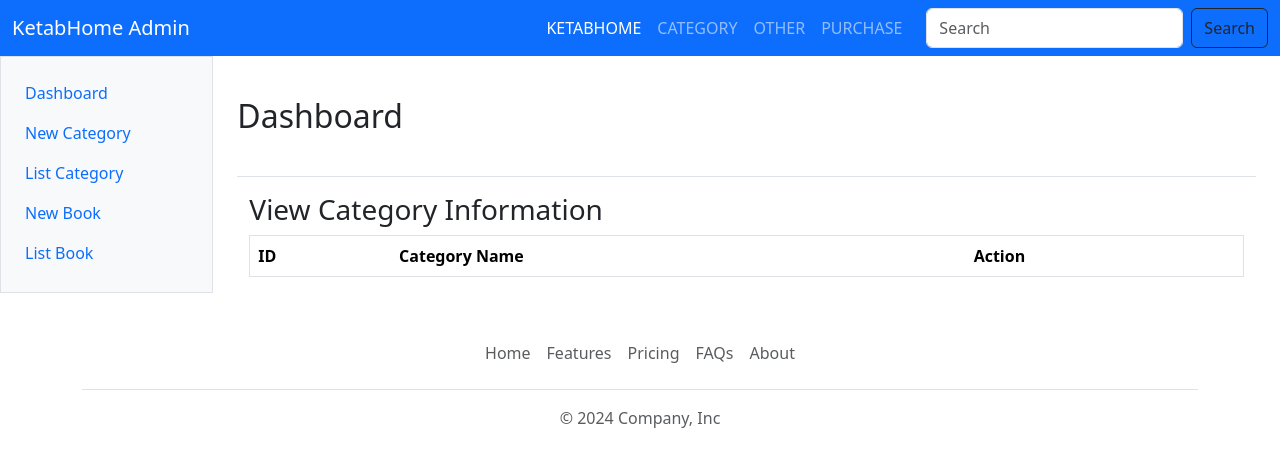
Repository: nyeinsu4520/coursera-test
Page: http://localhost/view_Categories
These files come from the project's save history. The page is drawn as it stood at one moment and after the next save; the edit follows.
The browser window is 1280 px wide. The pictures show the whole page.
Some web fonts or font styles are not loaded; a fallback is used. The page is this project's Thymeleaf template; nobody is signed in. The template is opened directly, without the code that normally fills it, so the values that code supplies are empty.

Above is the page before, as saved 2024-05-30 17:30:27.

### KetabHome/src/main/resources/templates/view_Categories.html
<!DOCTYPE html>
<html xmlns="www.thumeleaf.org">
<head>
<meta charset="ISO-8859-1">
<title>Category Page</title>
<link rel="stylesheet"  href="/bootstrap/css/bootstrap.min.css">
<script src="/bootstrap/js/bootstrap.bundle.js" type="text/javascript"> </script>

<style>
.navbar-purple {
    background-color: purple;
}

.navbar-purple .nav-link {
    color: white !important;
}
</style>

</head>
<body>

<div th:replace="fragment/header"></div>

	<div class="container-fluid">
    <div class="row">
        <div class="sidebar border border-right col-md-3 col-lg-2 p-0 bg-body-tertiary">
            <div class="offcanvas-md offcanvas-end bg-body-tertiary" tabindex="-1" id="sidebarMenu" aria-labelledby="sidebarMenuLabel">
                <div class="offcanvas-header">
                    <h5 class="offcanvas-title" id="sidebarMenuLabel">KetabHome Admin</h5>
                    <button type="button" class="btn-close" data-bs-dismiss="offcanvas" aria-label="Close"></button>
                </div>
                <div class="offcanvas-body d-md-flex flex-column p-0 pt-lg-3 overflow-y-auto">
                    <ul class="nav flex-column">
                        <li class="nav-item">
                            <a class="nav-link d-flex align-items-center gap-2 active" aria-current="page" href="#">
                            <i class="fa-solid fa-gauge"></i>
                                Dashboard
                            </a>
                        </li>
                        <li class="nav-item">
                            <a class="nav-link d-flex align-items-center gap-2" href="#">
                            <i class="fa-solid fa-plus"></i>
                                New Category
                            </a>
                        </li>
                        <li class="nav-item">
                            <a class="nav-link d-flex align-items-center gap-2" href="#">
                            <i class="fa-solid fa-table-list"></i>
                                List Category
                            </a>
                        </li>
                        <li class="nav-item">
                            <a class="nav-link d-flex align-items-center gap-2" href="#">
                            <i class="fa-solid fa-plus"></i>
                                New Book
                            </a>
                        </li>
                        <li class="nav-item">
                            <a class="nav-link d-flex align-items-center gap-2" href="#">
                            <i class="fa-solid fa-table-list"></i>
                                List Book
                            </a>
                        </li>
                    </ul>
                </div>
            </div>
        </div>


        <main class="col-md-9 ms-sm-auto col-lg-10 px-md-4">
      <div class="d-flex justify-content-between flex-wrap flex-md-nowrap align-items-center pt-3 pb-2 mb-3 border-bottom">
        <h1 class="h2">Dashboard</h1>
        <div class="btn-toolbar mb-2 mb-md-0">
          <div class="album py-5 bg-body-tertiary">
          </div>
           </div>
           </div>
    <div class="container">
      <div class="row ">
      <h3>View Category Information</h3>

    </div>



	<table class="table border-1 " border="1">
		<tr>
		<th>ID</th>
		<th>Category Name</th>
		<th>Action</th>
		</tr>
		<tr th:each="category:${categoryList}">

			<td th:text="${category.id}"></td>
			<td th:text="${category.name}"></td>
			<td><a th:href="@{/category/edit/{id} (id=${category.id})}">Edit</a>
			<a th:href="@{/category/delete/{id} (id=${category.id})}"> | Delete</a>
			</td>
		</tr>
	</table>

	<!-- <form th:action="@{/category/add}" method="get">
	<input type="submit" value="Add Category">
	</form> -->

	</div>



      </main>

       </div>
    </div>











	<div th:replace="fragment/footer"></div>
</body>
</html>

### KetabHome/src/main/resources/templates/fragment/header.html
<!DOCTYPE html>
<html xmlns="www.thymeleaf.org">
<head>
<meta charset="ISO-8859-1">
<title>Insert title here</title>

<link rel="stylesheet" href="/bootstrap/css/bootstrap.min.css">
<script type="text/javascript" src="../static/bootstrap/js/bootstrap.bundle.min.js"></script>

</head>
<body>
	<nav class="navbar navbar-expand-lg navbar-dark bg-primary" aria-label="Offcanvas navbar large">
    <div class="container-fluid">
      <a class="navbar-brand" href="#">KetabHome Admin</a>
      <button class="navbar-toggler" type="button" data-bs-toggle="offcanvas" data-bs-target="#offcanvasNavbar2" aria-controls="offcanvasNavbar2" aria-label="Toggle navigation">
        <span class="navbar-toggler-icon"></span>
      </button>
      <div class="offcanvas offcanvas-end text-bg-dark" tabindex="-1" id="offcanvasNavbar2" aria-labelledby="offcanvasNavbar2Label">

        <div class="offcanvas-body">
          <ul class="navbar-nav justify-content-end flex-grow-1 pe-3">
            <li class="nav-item">
              <a class="nav-link active" aria-current="page" href="#">KETABHOME</a>
            </li>
            <li class="nav-item">
              <a class="nav-link" href="#">CATEGORY</a>
            </li>
            <li class="nav-item">
              <a class="nav-link " aria-current="page" href="#">OTHER</a>
            </li>
            <li class="nav-item">
              <a class="nav-link" href="#">PURCHASE</a>
            </li>

          </ul>
          <form class="d-flex mt-3 mt-lg-0" role="search">
            <input class="form-control me-2" type="search" placeholder="Search" aria-label="Search">
            <button class="btn btn-outline-dark" type="submit">Search</button>
          </form>
        </div>
      </div>
    </div>
  </nav>
</body>
</html>

### KetabHome/src/main/resources/templates/fragment/footer.html
<!DOCTYPE html>
<html>
<head>
<meta charset="ISO-8859-1">
<title>Insert title here</title>

<link rel="stylesheet" href="/bootstrap/css/bootstrap.min.css">
<script type="text/javascript" src="../static/bootstrap/js/bootstrap.bundle.min.js"></script>
<link rel="preconnect" href="https://fonts.googleapis.com">
<link rel="preconnect" href="https://fonts.gstatic.com" crossorigin>
<link href="https://fonts.googleapis.com/css2?family=Jersey+20&family=Jersey+25&family=Josefin+Sans:ital,wght@0,100..700;1,100..700&family=Noto+Sans+Myanmar:wght@100;200;300;400;500;600;700;800;900&family=Nunito+Sans:ital,opsz,wght@0,6..12,200..1000;1,6..12,200..1000&family=Padauk:wght@400;700&family=Platypi:ital,wght@0,300..800;1,300..800&family=Poppins:ital,wght@0,100;0,200;0,300;0,400;0,500;0,600;0,700;0,800;0,900;1,100;1,200;1,300;1,400;1,500;1,600;1,700;1,800;1,900&family=Roboto:ital,wght@0,100;0,300;0,400;0,500;0,700;0,900;1,100;1,300;1,400;1,500;1,700;1,900&display=swap" rel="stylesheet">

</head>
<body>


<div class="container">
  <footer class="py-3 my-4">
    <ul class="nav justify-content-center border-bottom pb-3 mb-3">
      <li class="nav-item"><a href="#" class="nav-link px-2 text-body-secondary">Home</a></li>
      <li class="nav-item"><a href="#" class="nav-link px-2 text-body-secondary">Features</a></li>
      <li class="nav-item"><a href="#" class="nav-link px-2 text-body-secondary">Pricing</a></li>
      <li class="nav-item"><a href="#" class="nav-link px-2 text-body-secondary">FAQs</a></li>
      <li class="nav-item"><a href="#" class="nav-link px-2 text-body-secondary">About</a></li>
    </ul>
    <p class="text-center text-body-secondary">&copy; 2024 Company, Inc</p>
  </footer>
</div>
</body>
</html>

Loaded but not shown: KetabHome/src/main/resources/static/bootstrap/css/bootstrap.min.css (library); KetabHome/src/main/resources/static/bootstrap/js/bootstrap.bundle.js (library); KetabHome/src/main/resources/static/bootstrap/js/bootstrap.bundle.min.js (library)

After the next save:
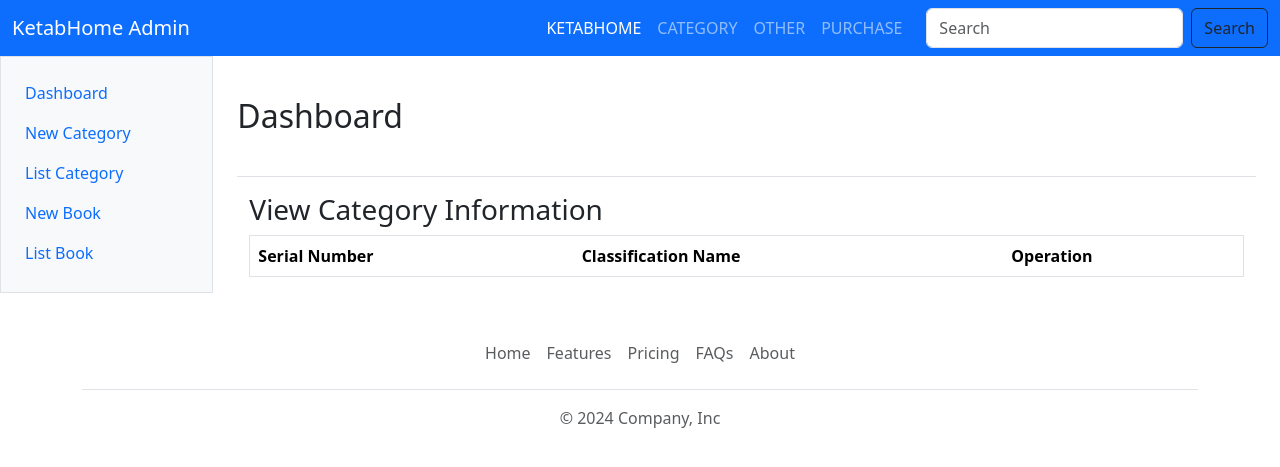
Saved 76 s later.
--- a/KetabHome/src/main/resources/templates/view_Categories.html
+++ b/KetabHome/src/main/resources/templates/view_Categories.html
@@ -85,9 +85,9 @@
 
 	<table class="table border-1 " border="1">
 		<tr>
-		<th>ID</th>
-		<th>Category Name</th>
-		<th>Action</th>
+		<th>Serial Number</th>
+		<th>Classification Name</th>
+		<th>Operation</th>
 		</tr>
 		<tr th:each="category:${categoryList}">
 
